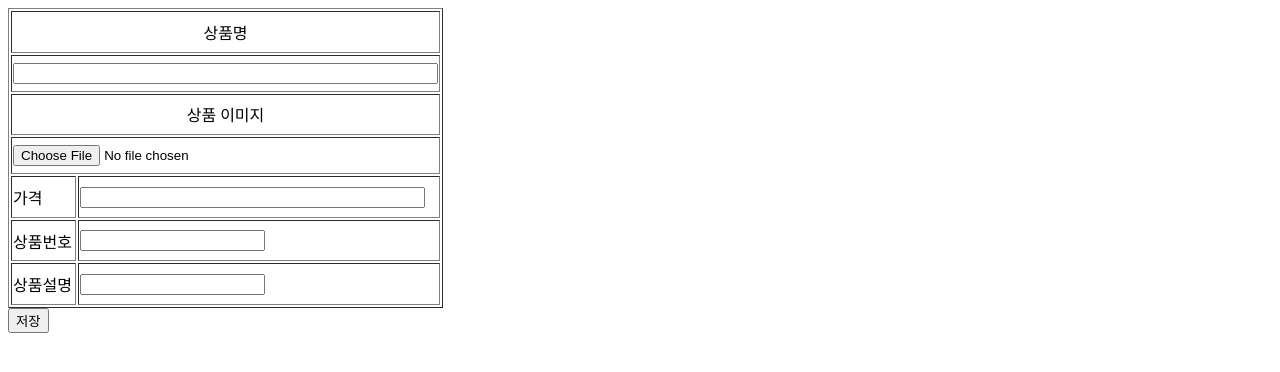
Repository: gunvv00/Java_practice
Page: html_work/html01/WebContent/goods.html
The author's editor kept a copy of each file at every save. The page is drawn from the files as they stood at one save, then again after the next save.
The browser window is 1280 px wide. The pictures show the whole page.

Above is the page before, as saved 2020-01-02 07:35:42.

After the next save:
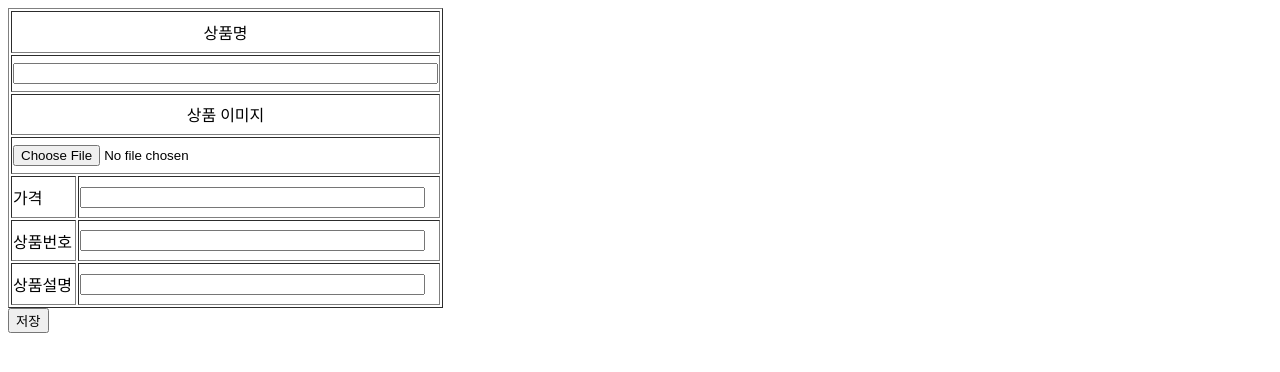
Saved 13 s later.
--- a/html_work/html01/WebContent/goods.html
+++ b/html_work/html01/WebContent/goods.html
@@ -25,11 +25,11 @@
 		</tr>
 		<tr>
 			<td>상품번호</td>
-			<td><input type = "produtNumber" name="" value = "" ></td>
+			<td><input type = "produtNumber" name="" value = "" size = "40" ></td>
 		</tr>
 		<tr>
 			<td>상품설명</td>
-			<td><input type = "explain" name="" value = "" ></td>
+			<td><input type = "explain" name="" value = "" size = "40" ></td>
 		</tr>
 	</TABLE>
 
